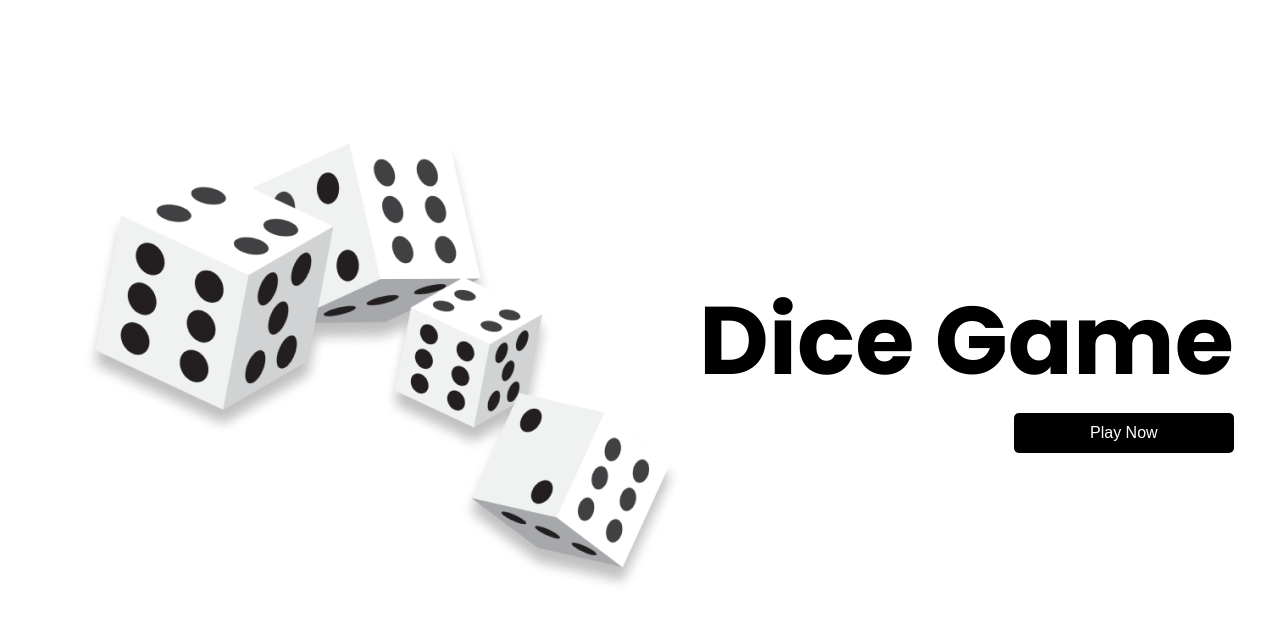
Repository: Wahid137/react-project-three
Page: /, after clicking the first element matching `button.sc-bRKDuR`
The author's editor kept a copy of each file at every save. The page is drawn from the files as they stood at one save, then again after the next save.
The browser window is 1280 px wide. The pictures show the whole page.
The project was rebuilt for these pictures with package versions that can differ from the ones it lists, and the page was loaded fresh each time. Also part of the build but not shown: vite.config.js.

Above is the page before, as saved 2023-08-26 12:25:44.

### index.html
<!doctype html>
<html lang="en">
  <head>
    <meta charset="UTF-8" />
    <link rel="icon" type="image/svg+xml" href="/vite.svg" />
    <meta name="viewport" content="width=device-width, initial-scale=1.0" />
    <title>Dice Games</title>
  </head>
  <body>
    <div id="root"></div>
    <script type="module" src="/src/main.jsx"></script>
  </body>
</html>

### src/components/StartGame.jsx
import styled from "styled-components";
import dices from "../../public/images/dice/dices.png";
import { Button } from "../styled/Button";
const StartGame = () => {
  return (
    <Container>
      <div>
        <img src={dices} alt="" />
      </div>
      <div className="content">
        <h1>Dice Game</h1>
        <div className="btn">
          <Button /* onClick={toggle} */>Play Now</Button>
        </div>
      </div>
    </Container>
  );
};

export default StartGame;

const Container = styled.div`
  max-width: 1180px;
  height: 100vh;
  display: flex;
  margin: 0 auto;
  align-items: center;
  .content {
    h1 {
      font-size: 96px;
      white-space: nowrap;
    }
    .btn {
      text-align: end;
    }
  }
`;

### src/styled/Button.js



import styled from "styled-components";

export const Button = styled.button`
  color: white;
  padding: 10px 18px;
  background: #000000;
  border-radius: 5px;
  min-width: 220px;
  border: none;
  font-size: 16px;
  border: 1px solid transparent;
  cursor: pointer;
  transition: 0.3s ease-in;
  &:hover {
    background-color: white;
    border: 1px solid black;
    color: black;
    transition: 0.4s ease-in;
  }
`;
export const OutlineButton = styled(Button)`
  background-color: white;
  border: 1px solid black;
  color: black;
  &:hover {
    background-color: black;
    border: 1px solid transparent;
    color: white;
  }
`;

### src/components/GamePlay.jsx
import { styled } from "styled-components";
import TotalScore from "./TotalScore";

const GamePlay = () => {
  return (
    <MainContainer>
      <div className="top-section">
        <TotalScore />
      </div>
    </MainContainer>
  );
};

export default GamePlay;

const MainContainer = styled.div``;

### src/components/TotalScore.jsx
import { styled } from "styled-components";

const TotalScore = () => {
  return (
    <ScoreContainer>
      <h1>0</h1>
      <p>Total Score</p>
    </ScoreContainer>
  );
};

export default TotalScore;

const ScoreContainer = styled.div`
  max-width: 200px;
  text-align: center;
  h1 {
    font-size: 100px;
    line-height: 100px;
  }
  p {
    font-size: 24px;
    font-weight: 500px;
  }
`;

Loaded but not shown: src/main.jsx (common file); src/App.jsx (common file); src/index.css (common file)

After the next save:
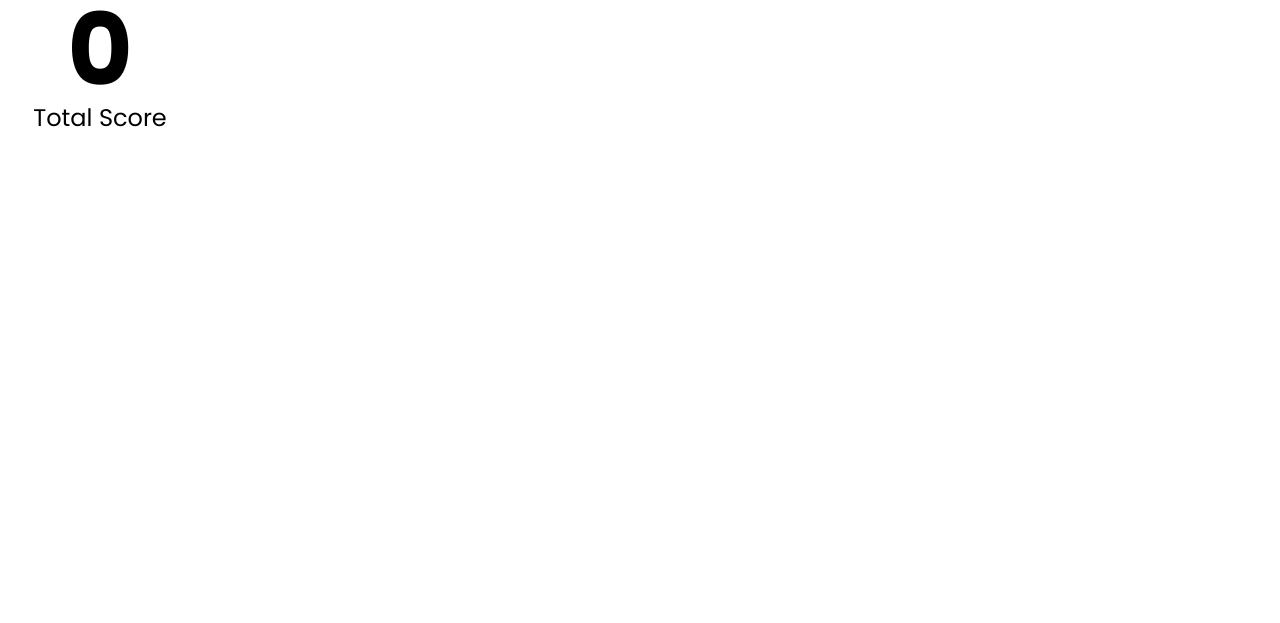
Saved 5 min 55 s later.
--- a/src/components/StartGame.jsx
+++ b/src/components/StartGame.jsx
@@ -1,7 +1,7 @@
 import styled from "styled-components";
 import dices from "../../public/images/dice/dices.png";
 import { Button } from "../styled/Button";
-const StartGame = () => {
+const StartGame = ({ toggle }) => {
   return (
     <Container>
       <div>
@@ -10,7 +10,7 @@
       <div className="content">
         <h1>Dice Game</h1>
         <div className="btn">
-          <Button /* onClick={toggle} */>Play Now</Button>
+          <Button onClick={toggle}>Play Now</Button>
         </div>
       </div>
     </Container>

After the save that followed:
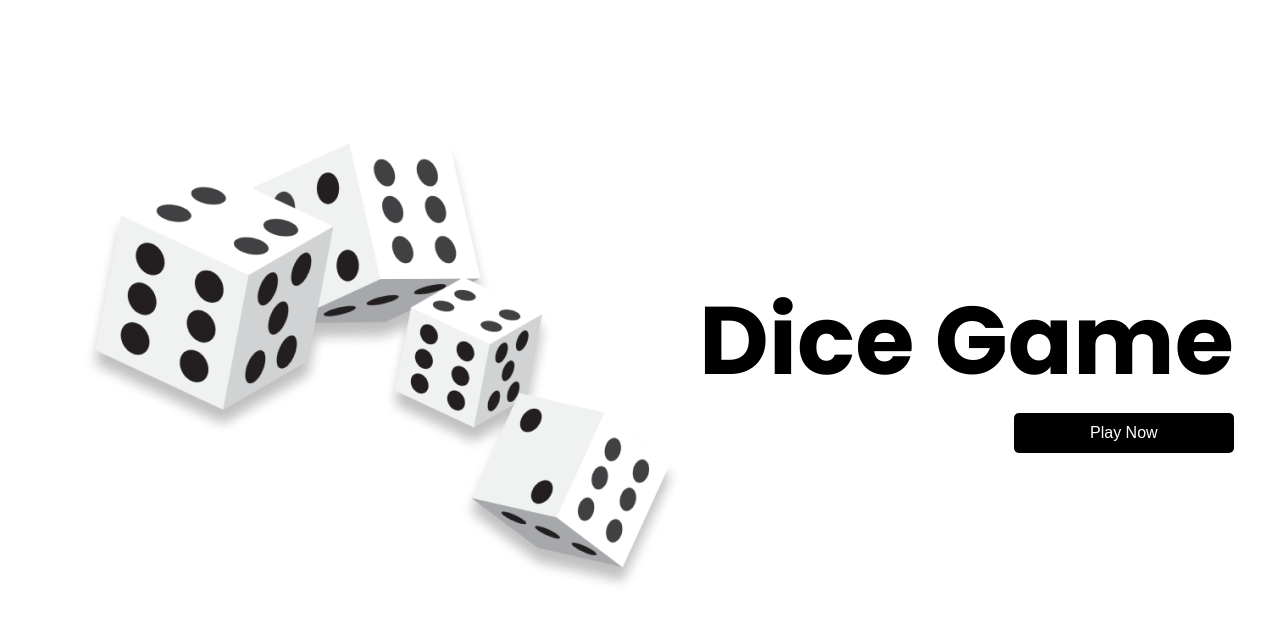
Console error (its wording comes from the project's code and is left out).
Saved 67 s later.
--- a/src/components/StartGame.jsx
+++ b/src/components/StartGame.jsx
@@ -1,7 +1,8 @@
 import styled from "styled-components";
 import dices from "../../public/images/dice/dices.png";
 import { Button } from "../styled/Button";
-const StartGame = ({ toggle }) => {
+const StartGame = (props) => {
+  const toggle = props;
   return (
     <Container>
       <div>
